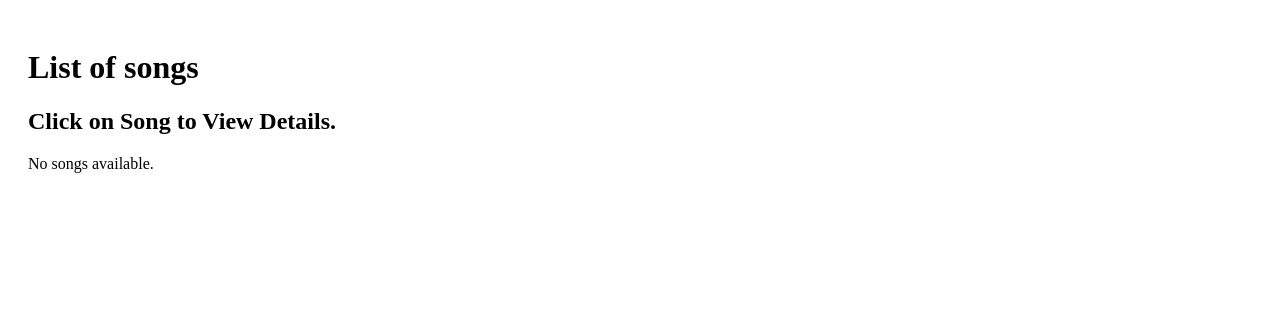
Repository: thagunnaharish1-netizen/GeetShala
Page: http://localhost/songs/
The author's editor kept a copy of each file at every save. The page is drawn from the files as they stood at one save, then again after the next save.
The browser window is 1280 px wide. The pictures show the whole page.
The page is served by the project's application, run on Django 5.2 (manage.py).

Above is the page before, as saved 2026-09-01 19:06:02.

After the next save:
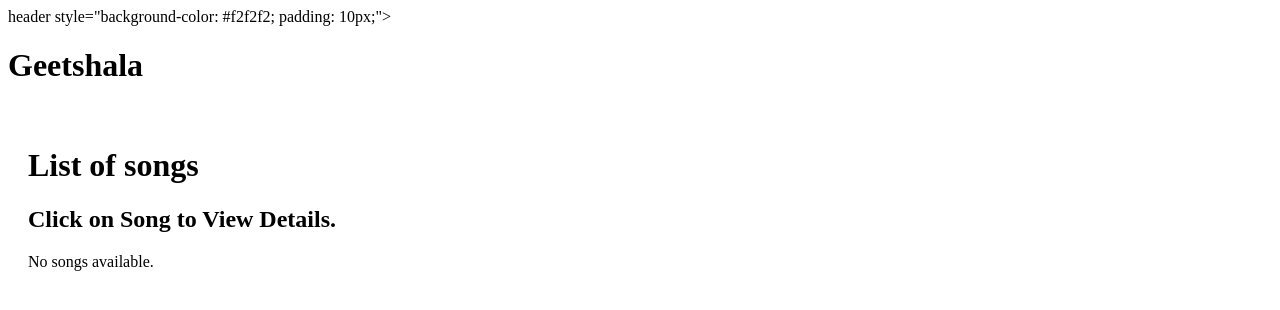
Saved 45 s later.
--- a/songs/templates/song_list.html
+++ b/songs/templates/song_list.html
@@ -6,6 +6,9 @@
     <title>Geetshala</title>
 </head>
 <body>
+    header style="background-color: #f2f2f2; padding: 10px;">
+        <h1>Geetshala</h1>
+    </header>
     <main style="padding: 20px;">
 
         <h1>List of songs</h1>
